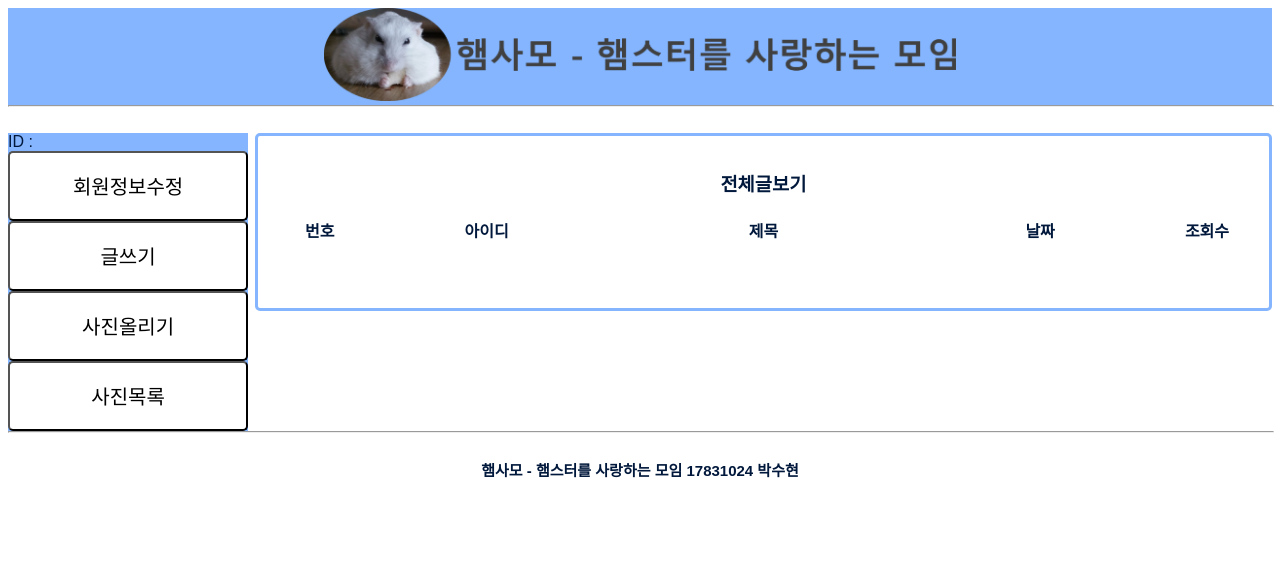
Repository: hyun5292/school
Page: http://localhost/HamSaMo/WEB-INF/views/list.jsp
An editor plug-in stored every save of this project. The page is shown before and after the next save, followed by the edit.
The browser window is 1280 px wide. The pictures show the whole page.
The page is served by Tomcat 9. Nobody is signed in. Other server files are loaded and not shown. The template is opened directly, without the code that normally fills it, so the values that code supplies are empty.

Above is the page before, as saved 2019-12-09 19:43:54.

### spring/HamSaMo/HamSaMo/src/main/webapp/WEB-INF/views/list.jsp
<%@ page language="java" contentType="text/html; charset=UTF-8"
	pageEncoding="UTF-8"%>
<!-- jstl -->
<%@ taglib prefix="c" uri="http://java.sun.com/jsp/jstl/core"%>
<!DOCTYPE html>
<html>
<head>
<meta charset="EUC-KR">
<title>햄사모 - 햄스터를 사랑하는 모임</title>
<script
	src="http://ajax.googleapis.com/ajax/libs/jquery/3.3.1/jquery.min.js"></script>
<style>
#container {
	width: 100%;
	Height: 100%;
	font-family: 'arial';
	color: #00183b;
}

#header {
	background-color: #84b5fe;
	float: left;
	width: 100%;
	height: 10%;
}

#left {
	background-color: #84b5fe;
	float: left;
	width: 19%;
	height: 80%;
}

#content {
	float: right;
	width: 80%;
	height: 80%;
	border-radius: 5px;
	border: solid 3px #84b5fe;
}

#footer {
	clear: both;
	width: 100%;
	height: 10%;
	font-size: 15px;
	font-weight: bold;
}

#btn_light {
	background-color: white;
	width: 100%;
	height: 70px;
	border-radius: 5px;
	border: bold 1px #84b5fe;
	font-size: 20px;
}

#btn_dark {
	background-color: #84b5fe;
	width: 100%;
	height: 70px;
	border-radius: 5px;
	border: bold 1px white;
	font-size: 20px;
}
</style>
</head>
<body>
	<article>
		<div id="container">
			<div id="header">
				<center>
					<a href="index"><img width="50%"
						src="${pageContext.request.contextPath}/resources/images/title.png"></a>
				</center>
			</div>
			<br />
			<hr width="100%" />
			<br />
			<div id="left">
				<div id="info">
					ID : ${mId}
				</div>
				<form action="MmodifyForm">
					<input type="submit" id="btn_light" value="회원정보수정">
				</form>
				<form action="writeForm">
					<input type="submit" id="btn_light" value="글쓰기">
				</form>
				<form action="uploadForm">
					<input type="submit" id="btn_light" value="사진올리기">
				</form>
				<form action="photo">
					<input type="submit" id="btn_light" value="사진목록">
				</form>
			</div>
			<div id="content" align="center">
				<h3 style="padding-top: 15px">전체글보기</h3>
				<!-- List{s} -->
				<table width="99%">
					<colgroup>
						<col style="width: 5%;" />
						<col style="width: 10%;" />
						<col style="width: 15%;" />
						<col style="width: 10%;" />
						<col style="width: 5%;" />
					</colgroup>
					<thead>
						<tr>
							<th>번호</th>
							<th>아이디</th>
							<th>제목</th>
							<th>날짜</th>
							<th>조회수</th>
						</tr>
						<tr>
							<td height="5px"></td>
						</tr>
					</thead>
					<tbody id="menuList" align="center">
						<c:forEach items="${dtos}" var="dto">
							<tr>
								<td>${dto.bNum}</td>
								<td>${dto.bName}</td>
								<td><c:forEach begin="1" end="${dto.bIndent}">-</c:forEach>
									<a href="contentForm?bId=${dto.bId}&bHit=${dto.bHit}">${dto.bTitle}</a></td>
								<td>${dto.bDate}</td>
								<td>${dto.bHit}</td>
							</tr>
							<tr>
								<td height="5px"></td>
							</tr>
						</c:forEach>
					</tbody>
					<tfoot>
						<tr>
							<td height="10px"></td>
						</tr>
						<tr align="center">
							<td colspan="5"><a href="index?pgnum=1" style="text-decoration:none">${prev}${prev}</a> <a
								href="index?pgnum=${before}" style="text-decoration:none">${prev}</a> <c:forEach
									items="${pg}" var="p">
									<a href="index?pgnum=${p}" style="text-decoration:none">${p}</a>
								</c:forEach> <a href="index?pgnum=${after}" style="text-decoration:none">${next}</a> <a
								href="index?pgnum=${last}" style="text-decoration:none">${next}${next}</a></td>
						</tr>
					</tfoot>
				</table>
				<br /> <br />
			</div>
			<br />
			<hr width="100%" />
			<br />
			<center>
				<div id="footer">햄사모 - 햄스터를 사랑하는 모임 17831024 박수현</div>
			</center>
		</div>
	</article>
</body>
</html>

After the next save:
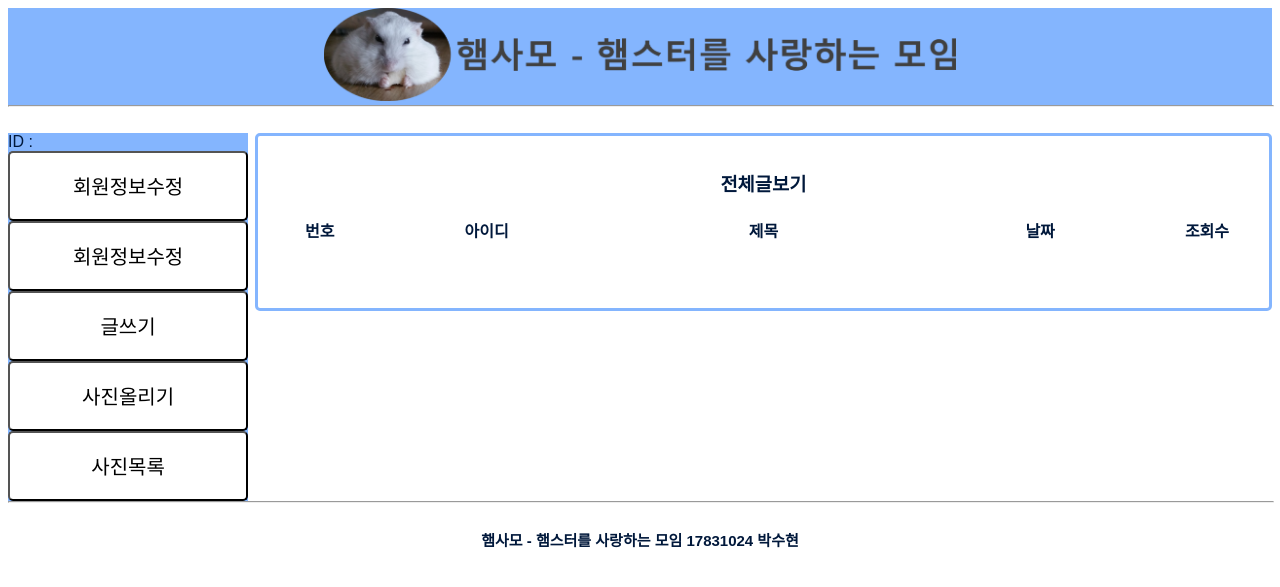
Saved 2 min 47 s later.
--- a/spring/HamSaMo/HamSaMo/src/main/webapp/WEB-INF/views/list.jsp
+++ b/spring/HamSaMo/HamSaMo/src/main/webapp/WEB-INF/views/list.jsp
@@ -85,6 +85,9 @@
 				<form action="MmodifyForm">
 					<input type="submit" id="btn_light" value="회원정보수정">
 				</form>
+				<form action="GetOutForm">
+					<input type="submit" id="btn_light" value="회원정보수정">
+				</form>
 				<form action="writeForm">
 					<input type="submit" id="btn_light" value="글쓰기">
 				</form>
